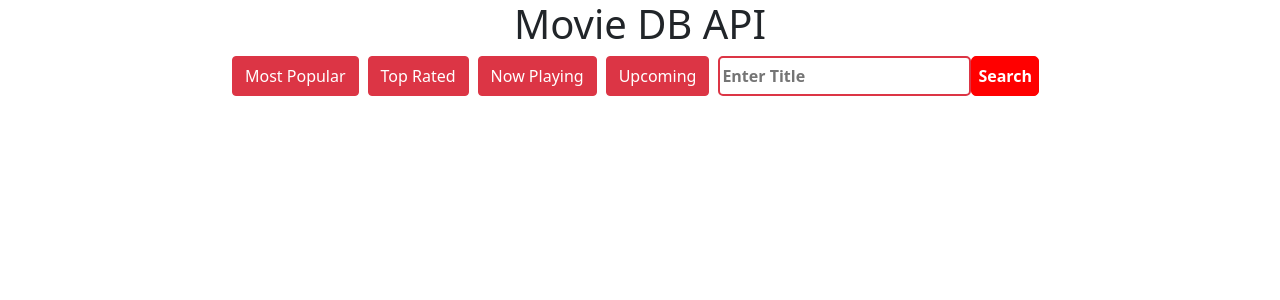
Repository: chaampavictor/moviedbapi
Page: /
An editor plug-in stored every save of this project. The page is shown before and after the next save, followed by the edit.
The browser window is 1280 px wide. The pictures show the whole page.
The page's requests for data from a server got no answer. The project was rebuilt for these pictures with package versions that can differ from the ones it lists, and the page was loaded fresh each time. No one was signed in, and anything a server would have sent is missing.

Above is the page before, as saved 2022-01-13 13:12:02.

### src/App.js
import React, { useEffect, useState } from "react";
import axios from "axios";
import "./App.css";
import "bootstrap/dist/css/bootstrap.min.css";
import Modal from "react-bootstrap/Modal";
import Container from "react-bootstrap/Container";
import Row from "react-bootstrap/Row";
import Col from "react-bootstrap/Col";
import Button from "react-bootstrap/Button";
import { Search } from "./components/search";
const api_key = "872c70d736d1ef4484522f734137927d";
const BASE_URL = "https://api.themoviedb.org/3";
const getImage = (path) => `https://image.tmdb.org/t/p/w300/${path}`;

function App() {
  const [data, setData] = useState([]);
  const [details, setDetails] = useState([]);
  const [isLoading, setLoading] = useState(false);
  const [show, setShow] = useState(false);
  const [search, setSearch] = useState("");

  const handleClose = () => setShow(false);

  const api = axios.create({ baseURL: BASE_URL });

  const getUpcoming = api.get("/movie/popular", { params: { api_key } });
  const getgenre = api.get("/genre/movie/list", { params: { api_key } });

  useEffect(() => {
    getUpcoming.then((res) => {
      setData(res.data.results);
    });

    getgenre.then((res) => {
      // setData(res.data.results);
      console.log("get genre", res);
    });
  }, []);

  const GetMostPopular = () => {
    const toprated = api.get("/movie/popular", { params: { api_key } });
    toprated.then((res) => {
      console.log("get popular", res.data.results);
      setData(res.data.results);
    });
  };

  const GetTopRated = (res) => {
    const toprated = api.get("/movie/top_rated", { params: { api_key } });
    toprated.then((res) => {
      console.log("get top rated", res.data.results);
      setData(res.data.results);
    });
  };

  const GetPlaying = () => {
    const latest = api.get("movie/now_playing", { params: { api_key } });
    latest.then((res) => {
      console.log("now_playing movies", res.data);
      setData(res.data.results);
    });
  };

  const GetUpcoming = () => {
    const latest = api.get("movie/upcoming", { params: { api_key } });
    latest.then((res) => {
      console.log("latest movies", res.data);
      setData(res.data.results);
    });
  };

  const searchMovie = async (e) => {
    e.preventDefault();
    const query = "avengers";
    const latest = api.get("search/movie", { params: { api_key, query } });
    latest.then((res) => {
      setData(res.data.results);
    });
  };
  return (
    <div className="App">
      <h1 style={{ textAlign: "center" }}>Movie DB API</h1>
      <header>
        <div
          style={{
            display: "flex",
            justifyContent: "center",
            alignItems: "center",
            marginBottom: "12px",
          }}
        >
          <Button
            variant="danger"
            className="filterbutton"
            onClick={GetMostPopular}
          >
            Most Popular
          </Button>
          <Button
            variant="danger"
            className="filterbutton"
            onClick={GetTopRated}
          >
            Top Rated
          </Button>
          <Button
            variant="danger"
            className="filterbutton"
            onClick={GetPlaying}
          >
            {" "}
            Now Playing
          </Button>
          <Button
            variant="danger"
            className="filterbutton"
            onClick={GetUpcoming}
          >
            {" "}
            Upcoming
          </Button>

          <Search />
        </div>
        <Modal
          dialogClassName="modal-90w"
          aria-labelledby="example-custom-modal-styling-title"
          centered
          show={show}
          onHide={handleClose}
          animation={true}
        >
          <Row>
            <Col>
              <img
                src={getImage(details.poster_path)}
                alt="Nature"
                style={{ width: "100%", height: "466px" }}
              />
            </Col>
          </Row>
          <Container>
            <Row>
              <Col>
                <h4>{details.original_title}</h4>
                <p> release date: {details.release_date}</p>
                <p> popularity: {details.popularity}</p>

                <p> {details.overview}</p>
              </Col>
            </Row>
          </Container>
        </Modal>
        <div
          className="explore-card-columns  container-fluid"
          style={{ marginBottom: "100px" }}
        >
          {data.map((movie) => (
            <div className="item">
              <div class="hover01 column">
                <div>
                  <figure>
                    <img
                      onClick={() => {
                        console.log("record being passed", movie);
                        setShow(true);
                        setDetails(movie);
                      }}
                      src={getImage(movie.poster_path)}
                      alt="poster"
                      className="image-item"
                    />
                  </figure>
                </div>
              </div>
            </div>
          ))}
        </div>
      </header>
    </div>
  );
}

export default App;

### src/App.css
.explore-nav {
  padding-top: 30px;
}

.item {
  margin-bottom: 15px;
}

.image-item:hover {
  opacity: 0.5;
}

.container {
  position: relative;
  width: 50%;
}

.modalcontainer {
  background-color: red;
  position: relative;
  font-family: Arial;
}

.submitbutton {
  height: 40px;
  margin-right: 9px;
  background: red;
  border: red 1px solid;
  border-radius: 5px;
  color: white;
  font-weight: bolder;
}

.searchbutton {
  border: 2px solid #dc3545;

  height: 40px;
  /* margin-right: 9px; */

  border-radius: 5px;

  font-weight: bolder;
}

.text-block {
  position: absolute;
  bottom: 260px;
  height: 210px;
  /* right: 150px; */
  /* background-color: #000000db; */
  color: white;
  padding-left: 20px;
  padding-right: 20px;
}

.image-item {
  opacity: 1;
  display: block;
  width: 100%;
  height: auto;
  transition: 0.5s ease;
  backface-visibility: hidden;
  border-radius: 52px;
  cursor: pointer;
}

.container:hover .image {
  opacity: 0.3;
}

.container:hover .middle {
  opacity: 1;
}

.text {
  background-color: red;
  color: white;
  font-size: 16px;
  padding: 16px 32px;
}

.modal-header {
  display: flex;
  flex-shrink: 0;
  align-items: center;
  justify-content: space-between;
  padding: 1rem 1rem;
  border-bottom: none !important;
  border-top-left-radius: calc(0.3rem - 1px);
  border-top-right-radius: calc(0.3rem - 1px);
}

.filterbutton {
  height: 40px;
  margin-right: 9px;
  background: red;
  border: red 1px solid;
  border-radius: 5px;
  color: white;
  font-weight: bolder;
}

.figure {
  width: 200px;
  height: 150px;
  margin: 0;
  padding: 0;
  background: #fff;
  overflow: hidden;
}
.figure:hover + span {
  bottom: -36px;
  opacity: 1;
}

/* Zoom In #1 */
.hover01 figure img {
  -webkit-transform: scale(0.9);
  transform: scale(1);
  -webkit-transition: 0.3s ease-in-out;
  transition: 0.3s ease-in-out;
}
.hover01 figure:hover img {
  -webkit-transform: scale(1);
  transform: scale(1.04);
}

.explore-body .card-body:hover {
  /* color: #30adb4; */
  background: "#32c709";
}

.card {
  border: 0px solid rgba(0, 0, 0, 0.125) !important;
}

.user-reaction div {
  padding-right: 20px;
}

.explore-card-columns .card {
  margin-bottom: 0.79rem;
}
@media screen and (min-width: 992px) {
  .explore-card-columns {
    -webkit-column-count: 4;
    -moz-column-count: 4;
    column-count: 4;
    -webkit-column-gap: 1.25rem;
    -moz-column-gap: 1.25rem;
    column-gap: 1.25rem;
  }
  .explore-card-columns .card {
    display: inline-block;
    width: 100%;
  }
}
@media screen and (max-width: 992px) {
  .explore-card-columns {
    -webkit-column-count: 2;
    -moz-column-count: 2;
    column-count: 2;
  }
}
@media screen and (max-width: 600px) {
  .explore-card-columns {
    -webkit-column-count: 1;
    -moz-column-count: 1;
    column-count: 1;
  }
}

### src/components/search.js
import React, { useState } from "react";
import "../App.css";

export function Search(props) {
  const [name, setName] = useState("");

  const handleSubmit = (evt) => {
    evt.preventDefault();
    alert(`Submitting Name ${name}`);
  };
  return (
    <form onSubmit={handleSubmit}>
      <label>
        <input
          type="text"
          value={name}
          onChange={(e) => setName(e.target.value)}
          placeholder="Enter Title "
          className="searchbutton"
        />
      </label>
      <input type="submit" value="Search" className="submitbutton" />
    </form>
  );
}

Loaded but not shown: public/index.html (common file); src/index.js (common file); src/index.css (common file); src/reportWebVitals.js (common file)

After the next save:
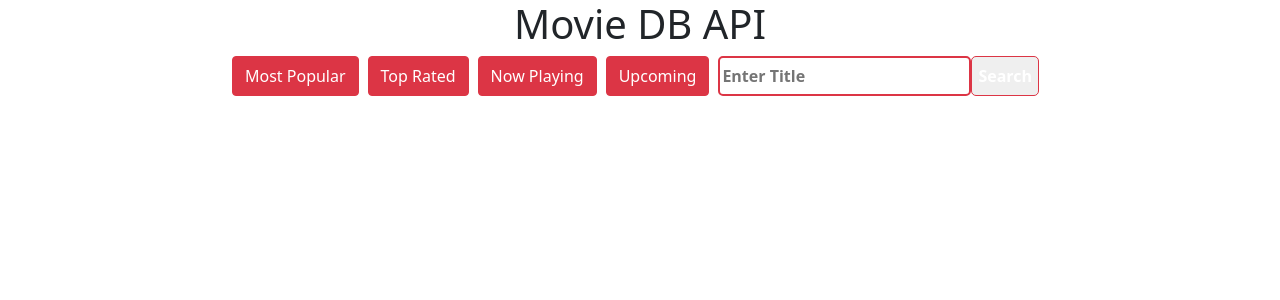
Saved 34 s later.
--- a/src/App.css
+++ b/src/App.css
@@ -24,8 +24,7 @@
 .submitbutton {
   height: 40px;
   margin-right: 9px;
-  background: red;
-  border: red 1px solid;
+  border: #dc3545 1px solid;
   border-radius: 5px;
   color: white;
   font-weight: bolder;
